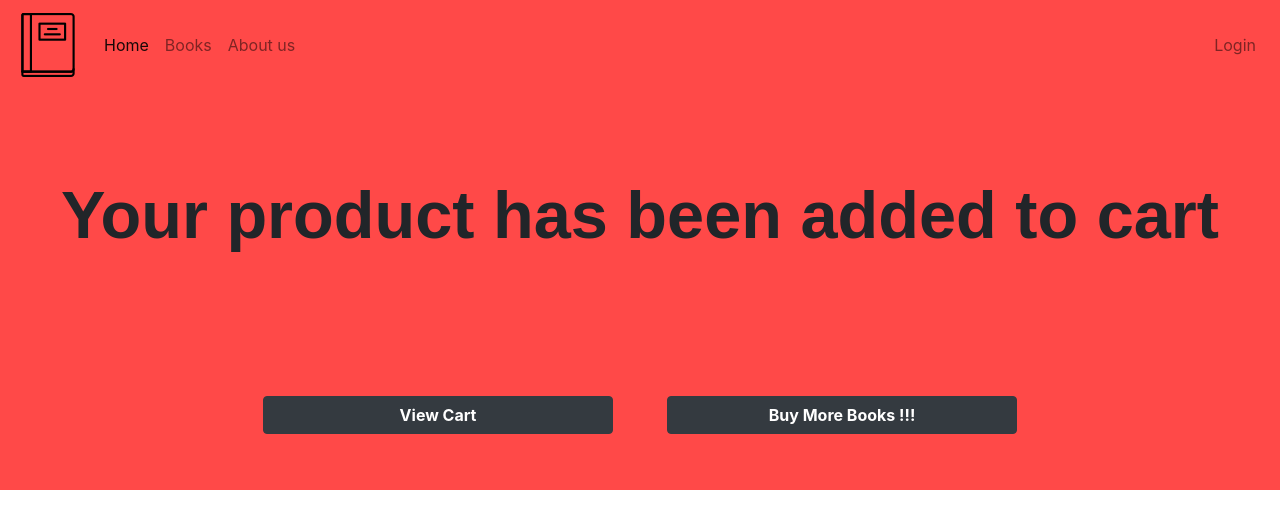
Repository: abhishekgandhi2398/BookStore
Page: http://localhost/BookStore/addedtocart.jsp
The author's editor kept a copy of each file at every save. The page is drawn from the files as they stood at one save, then again after the next save.
The browser window is 1280 px wide. The pictures show the whole page.
The page is served by Tomcat 9.

Above is the page before, as saved 2019-12-06 13:54:16.
Console error: TypeError: Cannot read properties of undefined (reading 'fn')

After the next save:
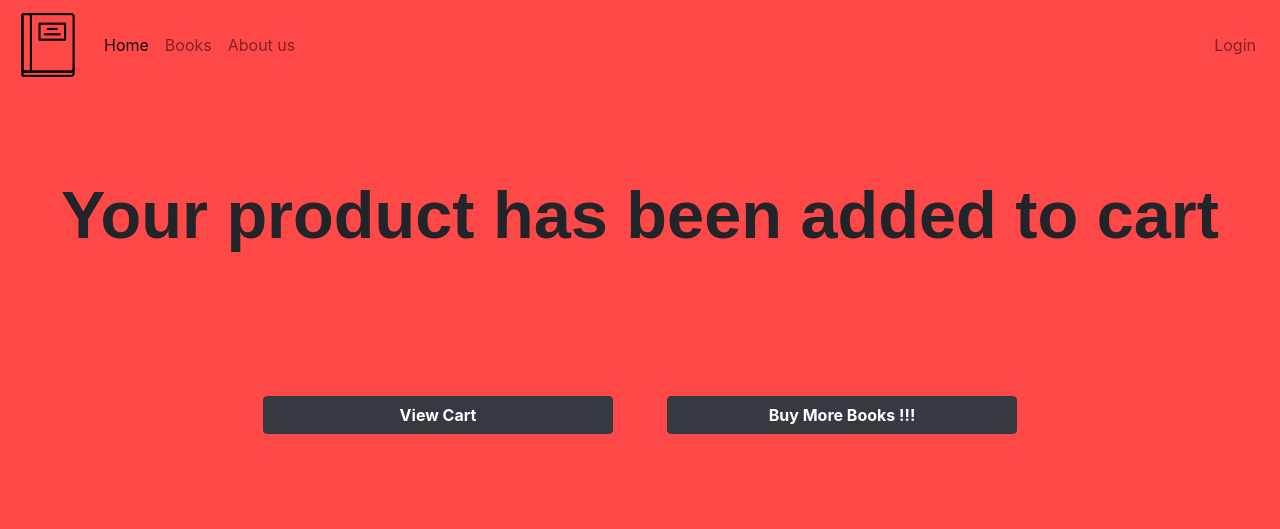
Saved 20 s later.
--- a/ProjectJava/BookStore/WebContent/addedtocart.jsp
+++ b/ProjectJava/BookStore/WebContent/addedtocart.jsp
@@ -12,7 +12,7 @@
 
 <title>Insert title here</title>
 </head>
-<body>
+<body style="background-color: #FF4948;">
 
 <nav class="navbar navbar-expand-lg navbar-light" style="background-color: #FF4948">
   <img src="img/logo.png" class="navbar-brand">
